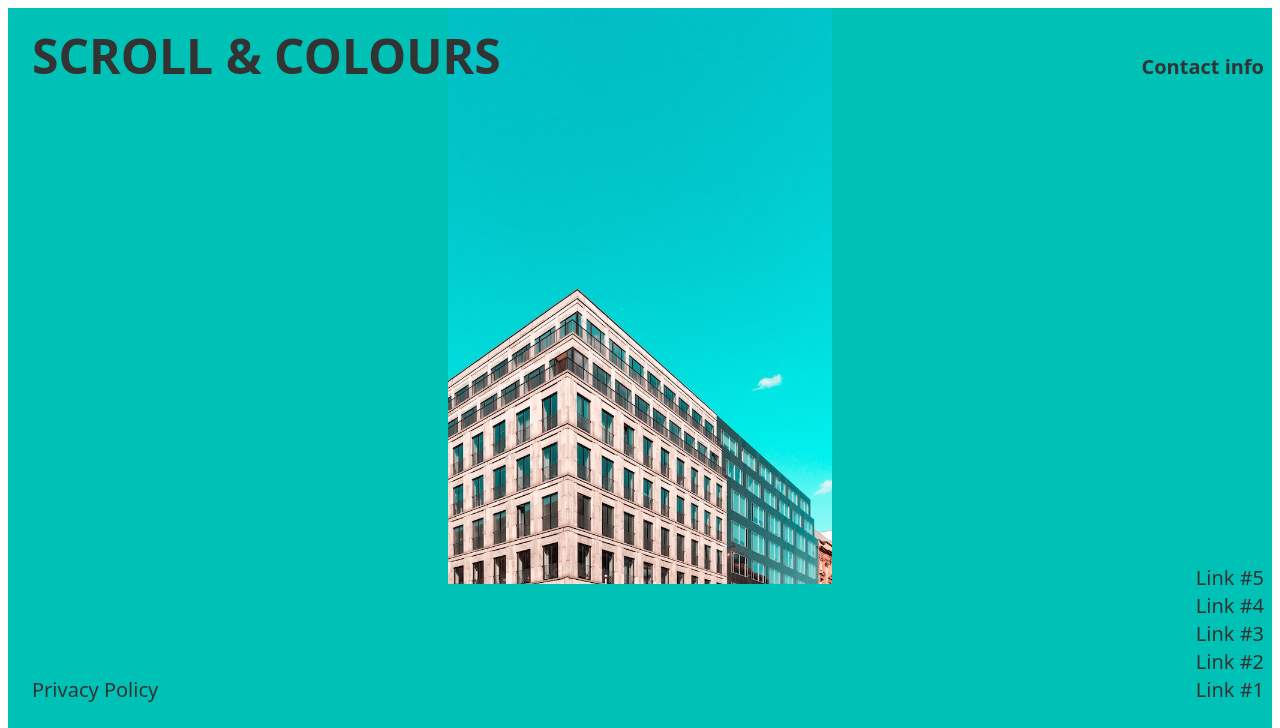
Repository: chelle-c/smooth-scroll-colours
Page: /
The author's editor kept a copy of each file at every save. The page is drawn from the files as they stood at one save, then again after the next save.
The browser window is 1280 px wide. The pictures show the whole page.
The project was rebuilt for these pictures with package versions that can differ from the ones it lists, and the page was loaded fresh each time. Imported but missing from the stored project, and not drawn on this page: images.

Above is the page before, as saved 2022-09-19 16:54:06.

### src/App.svelte
<script>
	import '/images/';
</script>

<main class="min-w-full min-h-screen fixed flex flex-col justify-between p-6">
	<div class="flex flex-row justify-between items-baseline">
		<div><h1 class='font-sans font-bold text-5xl uppercase'>Scroll & Colours</h1></div>
		<div class='font-sans font-bold text-xl'>Contact info</div>
	</div>
	<div class="flex flex-row justify-between items-end">
		<div class='font-sans text-xl'>Privacy Policy</div>
		<div class='font-sans text-xl'>
			<ul>
				<li><a href="#section5">Link #5</a></li>
				<li><a href="#section4">Link #4</a></li>
				<li><a href="#section3">Link #3</a></li>
				<li><a href="#section2">Link #2</a></li>
				<li><a href="#section1">Link #1</a></li>
			</ul>
		</div>
	</div>
</main>

<section id='section5' class='min-w-full min-h-screen'>
	<div class='container-sm flex justify-center items-center'><img class='w-96' src='/images/image-turquoise.jpg' alt='White building against turqoise sky'/></div>
</section>

<style global lang="postcss">
	@tailwind base;
	@tailwind components;
	@tailwind utilities;

	:global(body) {
		padding: 0;
	}

	#section5 {
		background: #00c1b5
	}
</style>

### tailwind.config.js
/** @type {import('tailwindcss').Config} */
const production = !process.env.ROLLUP_WATCH;
module.exports = {
	future: {
		purgeLayersByDefault: true,
		removeDeprecatedGapUtilities: true,
	},
	purge: {
		content: ['./src/**/*.svelte'],
		enabled: production, // disable purge in dev
	},
	content: [],
	theme: {
		extend: {},
	},
	plugins: [],
};

### public/global.css
html, body {
	position: relative;
	width: 100%;
	height: 100%;
}

body {
	color: #333;
	margin: 0;
	padding: 8px;
	box-sizing: border-box;
	font-family: -apple-system, BlinkMacSystemFont, "Segoe UI", Roboto, Oxygen-Sans, Ubuntu, Cantarell, "Helvetica Neue", sans-serif;
}

a {
	color: rgb(0,100,200);
	text-decoration: none;
}

a:hover {
	text-decoration: underline;
}

a:visited {
	color: rgb(0,80,160);
}

label {
	display: block;
}

input, button, select, textarea {
	font-family: inherit;
	font-size: inherit;
	-webkit-padding: 0.4em 0;
	padding: 0.4em;
	margin: 0 0 0.5em 0;
	box-sizing: border-box;
	border: 1px solid #ccc;
	border-radius: 2px;
}

input:disabled {
	color: #ccc;
}

button {
	color: #333;
	background-color: #f4f4f4;
	outline: none;
}

button:disabled {
	color: #999;
}

button:not(:disabled):active {
	background-color: #ddd;
}

button:focus {
	border-color: #666;
}

Loaded but not shown: public/index.html (common file); src/main.js (common file)

After the next save:
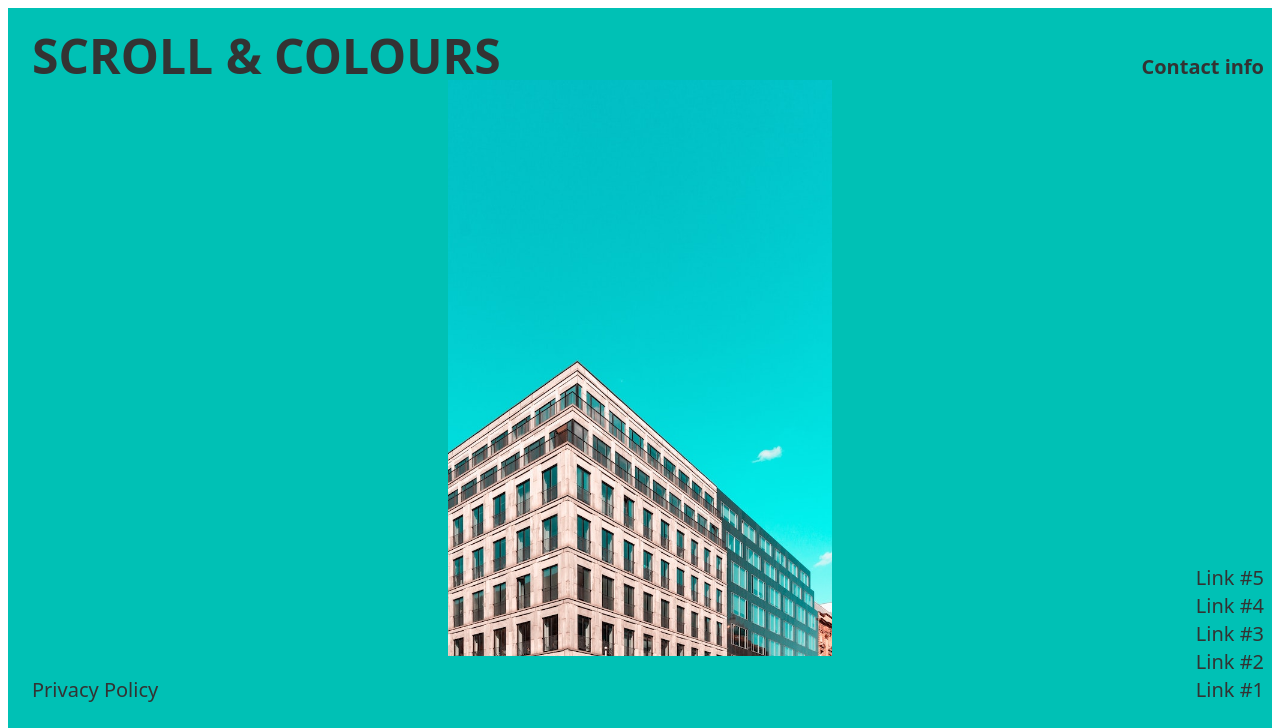
Saved 32 s later.
--- a/src/App.svelte
+++ b/src/App.svelte
@@ -21,8 +21,8 @@
 	</div>
 </main>
 
-<section id='section5' class='min-w-full min-h-screen'>
-	<div class='container-sm flex justify-center items-center'><img class='w-96' src='/images/image-turquoise.jpg' alt='White building against turqoise sky'/></div>
+<section id='section5' class='min-w-full min-h-screen flex justify-center items-center'>
+	<div class='container-sm flex'><img class='w-96' src='/images/image-turquoise.jpg' alt='White building against turqoise sky'/></div>
 </section>
 
 <style global lang="postcss">
